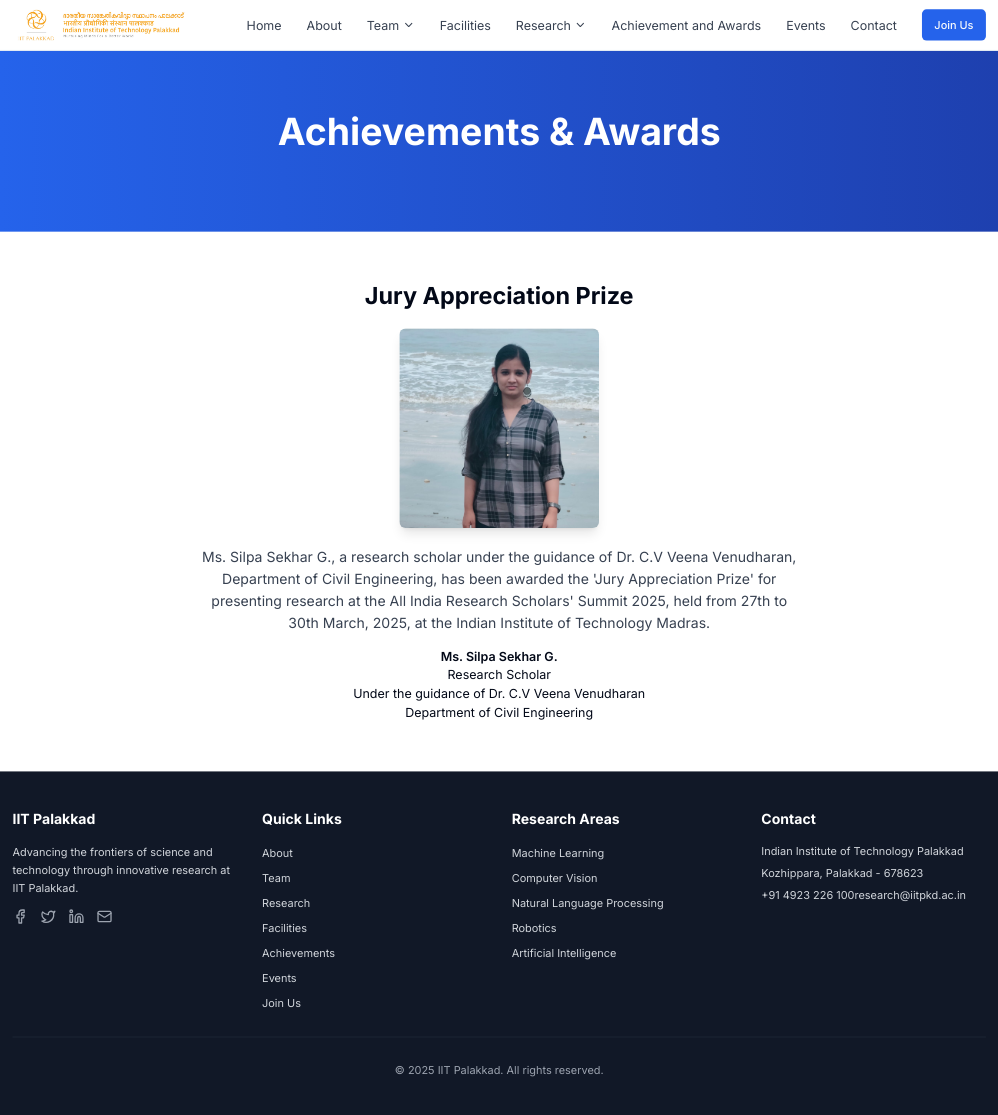
Repository: Gopikrish-30/ARISE
Page: /achievements
These files come from the project's save history. The page is drawn as it stood at one moment and after a run of saves; the edit follows.
The browser window is 1280 px wide. The pictures show the whole page, at 78% of full size.
The project was rebuilt for these pictures with package versions that can differ from the ones it lists, and the page was loaded fresh each time. The framework's server and built-in components were replaced by stand-ins that run in the browser. Also part of the build but not shown: next.config.mjs.

Above is the page before, as saved 2025-06-29 18:34:21.

### app/layout.tsx
import type React from "react"
import type { Metadata } from "next"
import { Inter } from "next/font/google"
import "./globals.css"
import { Navbar } from "@/components/navbar"
import { Footer } from "@/components/footer"

const inter = Inter({ subsets: ["latin"] })

export const metadata: Metadata = {
  title: "IIT Palakkad - Department Showcase",
  description: "Advancing the frontiers of science and technology through innovative research at IIT Palakkad",
}

export default function RootLayout({
  children,
}: {
  children: React.ReactNode
}) {
  return (
    <html lang="en">
      <body className={inter.className}>
        <Navbar />
        <main className="min-h-screen">{children}</main>
        <Footer />
      </body>
    </html>
  )
}

### app/achievements/page.tsx
"use client"

import Image from "next/image"

export default function AchievementsPage() {
  const achievement = {
    title: "Jury Appreciation Prize",
    description: `Ms. Silpa Sekhar G., a research scholar under the guidance of Dr. C.V Veena Venudharan, Department of Civil Engineering, has been awarded the 'Jury Appreciation Prize' for presenting research at the All India Research Scholars' Summit 2025, held from 27th to 30th March, 2025, at the Indian Institute of Technology Madras.`,
    imageSrc: "/Profile Photos/Silpa.jpg",
    imageAlt: "Ms. Silpa Sekhar G.",
  }

  return (
    <div className="bg-white min-h-screen">
      {/* Hero Section */}
      <section className="bg-gradient-to-r from-blue-600 to-blue-800 text-white py-20">
        <div className="container mx-auto px-4 text-center">
          <h1 className="text-4xl md:text-5xl font-bold mb-6">Achievements & Awards</h1>
        </div>
      </section>

      {/* Single Achievement Section */}
      <section className="py-16">
        <div className="container mx-auto px-4 flex flex-col items-center text-center">
          <h2 className="text-3xl font-bold mb-6">{achievement.title}</h2>
          <div className="w-64 h-64 mb-6 relative rounded-lg overflow-hidden shadow-lg">
            <Image
              src={achievement.imageSrc}
              alt={achievement.imageAlt}
              fill
              style={{ objectFit: "cover" }}
              priority
            />
          </div>
          <p className="max-w-3xl text-lg text-gray-700">{achievement.description}</p>
          <p className="mt-4 font-semibold">Ms. Silpa Sekhar G.</p>
          <p>Research Scholar</p>
          <p>Under the guidance of Dr. C.V Veena Venudharan</p>
          <p>Department of Civil Engineering</p>
        </div>
      </section>
    </div>
  )
}

### app/globals.css
@tailwind base;
@tailwind components;
@tailwind utilities;

@layer base {
  :root {
    --background: 0 0% 100%;
    --foreground: 222.2 84% 4.9%;
    --card: 0 0% 100%;
    --card-foreground: 222.2 84% 4.9%;
    --popover: 0 0% 100%;
    --popover-foreground: 222.2 84% 4.9%;
    --primary: 221.2 83.2% 53.3%;
    --primary-foreground: 210 40% 98%;
    --secondary: 210 40% 96%;
    --secondary-foreground: 222.2 84% 4.9%;
    --muted: 210 40% 96%;
    --muted-foreground: 215.4 16.3% 46.9%;
    --accent: 210 40% 96%;
    --accent-foreground: 222.2 84% 4.9%;
    --destructive: 0 84.2% 60.2%;
    --destructive-foreground: 210 40% 98%;
    --border: 214.3 31.8% 91.4%;
    --input: 214.3 31.8% 91.4%;
    --ring: 221.2 83.2% 53.3%;
    --radius: 0.5rem;
  }

  .dark {
    --background: 222.2 84% 4.9%;
    --foreground: 210 40% 98%;
    --card: 222.2 84% 4.9%;
    --card-foreground: 210 40% 98%;
    --popover: 222.2 84% 4.9%;
    --popover-foreground: 210 40% 98%;
    --primary: 217.2 91.2% 59.8%;
    --primary-foreground: 222.2 84% 4.9%;
    --secondary: 217.2 32.6% 17.5%;
    --secondary-foreground: 210 40% 98%;
    --muted: 217.2 32.6% 17.5%;
    --muted-foreground: 215 20.2% 65.1%;
    --accent: 217.2 32.6% 17.5%;
    --accent-foreground: 210 40% 98%;
    --destructive: 0 62.8% 30.6%;
    --destructive-foreground: 210 40% 98%;
    --border: 217.2 32.6% 17.5%;
    --input: 217.2 32.6% 17.5%;
    --ring: 224.3 76.3% 94.1%;
  }
}

@layer base {
  * {
    @apply border-border;
  }
  body {
    @apply bg-background text-foreground;
  }
}

@layer utilities {
  .line-clamp-3 {
    display: -webkit-box;
    -webkit-line-clamp: 3;
    -webkit-box-orient: vertical;
    overflow: hidden;
  }
}

### components/navbar.tsx
"use client"

import { useState } from "react"
import Link from "next/link"
import { Button } from "@/components/ui/button"
import { Menu, X, ChevronDown } from "lucide-react"
import { DropdownMenu, DropdownMenuContent, DropdownMenuItem, DropdownMenuTrigger } from "@/components/ui/dropdown-menu"

export function Navbar() {
  const [isOpen, setIsOpen] = useState(false)

  return (
    <nav className="bg-white shadow-sm border-b sticky top-0 z-50">
      <div className="container mx-auto px-4">
        <div className="flex justify-between items-center h-16">
          {/* Logo */}
          <Link href="/" className="flex items-center space-x-2">
            <img src="/images/logo.jpg" alt="IIT Palakkad Logo" className="w-56 h-56 object-contain" />
            {/* Removed IIT Palakkad text as per request */}
          </Link>

          {/* Desktop Navigation */}
          <div className="hidden md:flex items-center space-x-8">
            <Link href="/" className="text-gray-700 hover:text-blue-600 transition-colors">
              Home
            </Link>
            <Link href="/about" className="text-gray-700 hover:text-blue-600 transition-colors">
              About
            </Link>

            {/* Team Dropdown */}
            <DropdownMenu>
              <DropdownMenuTrigger className="flex items-center text-gray-700 hover:text-blue-600 transition-colors">
                Team <ChevronDown className="ml-1 h-4 w-4" />
              </DropdownMenuTrigger>
              <DropdownMenuContent>
                <DropdownMenuItem asChild>
                  <Link href="/team">All Team</Link>
                </DropdownMenuItem>
                <DropdownMenuItem asChild>
                  <Link href="/team/faculty">Faculty</Link>
                </DropdownMenuItem>
                <DropdownMenuItem asChild>
                  <Link href="/team/scholars">Research Scholars</Link>
                </DropdownMenuItem>
              </DropdownMenuContent>
            </DropdownMenu>

            <Link href="/facilities" className="text-gray-700 hover:text-blue-600 transition-colors">
              Facilities
            </Link>

            {/* Research Dropdown */}
            <DropdownMenu>
              <DropdownMenuTrigger className="flex items-center text-gray-700 hover:text-blue-600 transition-colors">
                Research <ChevronDown className="ml-1 h-4 w-4" />
              </DropdownMenuTrigger>
              <DropdownMenuContent>
                                        <DropdownMenuItem asChild>
                                            <Link href="/research">Publications</Link>
                                        </DropdownMenuItem>
                                        <DropdownMenuItem asChild>
                                            <Link href="/research/programs">Programs</Link>
                                        </DropdownMenuItem>
              </DropdownMenuContent>
            </DropdownMenu>

            <Link href="/achievements" className="text-gray-700 hover:text-blue-600 transition-colors">
              Achievement and Awards
            </Link>
            <Link href="/events" className="text-gray-700 hover:text-blue-600 transition-colors">
              Events
            </Link>
            <Link href="/contact" className="text-gray-700 hover:text-blue-600 transition-colors">
              Contact
            </Link>
            <Button asChild className="bg-blue-600 hover:bg-blue-700">
              <Link href="/join-us">Join Us</Link>
            </Button>
          </div>

          {/* Mobile menu button */}
          <button className="md:hidden" onClick={() => setIsOpen(!isOpen)}>
            {isOpen ? <X className="h-6 w-6" /> : <Menu className="h-6 w-6" />}
          </button>
        </div>

        {/* Mobile Navigation */}
        {isOpen && (
          <div className="md:hidden py-4 border-t">
            <div className="flex flex-col space-y-4">
              <Link href="/" className="text-gray-700 hover:text-blue-600 transition-colors">
                Home
              </Link>
              <Link href="/about" className="text-gray-700 hover:text-blue-600 transition-colors">
                About
              </Link>
              <Link href="/team" className="text-gray-700 hover:text-blue-600 transition-colors">
                Team
              </Link>
              <Link href="/facilities" className="text-gray-700 hover:text-blue-600 transition-colors">
                Facilities
              </Link>
              <Link href="/research" className="text-gray-700 hover:text-blue-600 transition-colors">
                Research
              </Link>
              <Link href="/achievements" className="text-gray-700 hover:text-blue-600 transition-colors">
                Achievement and Awards
              </Link>
              <Link href="/events" className="text-gray-700 hover:text-blue-600 transition-colors">
                Events
              </Link>
              <Link href="/contact" className="text-gray-700 hover:text-blue-600 transition-colors">
                Contact
              </Link>
              <Button asChild className="bg-blue-600 hover:bg-blue-700 w-fit">
                <Link href="/join-us">Join Us</Link>
              </Button>
            </div>
          </div>
        )}
      </div>
    </nav>
  )
}

### components/footer.tsx
"use client"

import Link from "next/link"
import { Facebook, Twitter, Linkedin, Mail } from "lucide-react"

export function Footer() {
  const handleSocialClick = (platform: string) => {
    const socialLinks = {
      facebook: "https://facebook.com/iitpalakkad",
      twitter: "https://twitter.com/iitpalakkad",
      linkedin: "https://linkedin.com/school/iit-palakkad",
      email: "mailto:info@iitpkd.ac.in",
    }

    if (platform === "email") {
      window.location.href = socialLinks.email
    } else {
      window.open(socialLinks[platform], "_blank", "noopener,noreferrer")
    }
  }

  return (
    <footer className="bg-gray-900 text-white">
      <div className="container mx-auto px-4 py-12">
        <div className="grid md:grid-cols-4 gap-8">
          {/* About */}
          <div>
            <h3 className="text-lg font-bold mb-4">IIT Palakkad</h3>
            <p className="text-gray-300 text-sm leading-relaxed mb-4">
              Advancing the frontiers of science and technology through innovative research at IIT Palakkad.
            </p>
            <div className="flex space-x-4">
              <Facebook
                className="w-5 h-5 text-gray-400 hover:text-white cursor-pointer transition-colors"
                onClick={() => handleSocialClick("facebook")}
              />
              <Twitter
                className="w-5 h-5 text-gray-400 hover:text-white cursor-pointer transition-colors"
                onClick={() => handleSocialClick("twitter")}
              />
              <Linkedin
                className="w-5 h-5 text-gray-400 hover:text-white cursor-pointer transition-colors"
                onClick={() => handleSocialClick("linkedin")}
              />
              <Mail
                className="w-5 h-5 text-gray-400 hover:text-white cursor-pointer transition-colors"
                onClick={() => handleSocialClick("email")}
              />
            </div>
          </div>

          {/* Quick Links */}
          <div>
            <h3 className="text-lg font-bold mb-4">Quick Links</h3>
            <ul className="space-y-2">
              <li>
                <Link href="/about" className="text-gray-300 hover:text-white text-sm">
                  About
                </Link>
              </li>
              <li>
                <Link href="/team" className="text-gray-300 hover:text-white text-sm">
                  Team
                </Link>
              </li>
              <li>
                <Link href="/research" className="text-gray-300 hover:text-white text-sm">
                  Research
                </Link>
              </li>
              <li>
                <Link href="/facilities" className="text-gray-300 hover:text-white text-sm">
                  Facilities
                </Link>
              </li>
              <li>
                <Link href="/achievements" className="text-gray-300 hover:text-white text-sm">
                  Achievements
                </Link>
              </li>
              <li>
                <Link href="/events" className="text-gray-300 hover:text-white text-sm">
                  Events
                </Link>
              </li>
              <li>
                <Link href="/join-us" className="text-gray-300 hover:text-white text-sm">
                  Join Us
                </Link>
              </li>
            </ul>
          </div>

          {/* Research Areas */}
          <div>
            <h3 className="text-lg font-bold mb-4">Research Areas</h3>
            <ul className="space-y-2">
              <li>
                <span className="text-gray-300 text-sm">Machine Learning</span>
              </li>
              <li>
                <span className="text-gray-300 text-sm">Computer Vision</span>
              </li>
              <li>
                <span className="text-gray-300 text-sm">Natural Language Processing</span>
              </li>
              <li>
                <span className="text-gray-300 text-sm">Robotics</span>
              </li>
              <li>
                <span className="text-gray-300 text-sm">Artificial Intelligence</span>
              </li>
            </ul>
          </div>

          {/* Contact */}
          <div>
            <h3 className="text-lg font-bold mb-4">Contact</h3>
            <div className="space-y-2 text-sm text-gray-300">
              <p>Indian Institute of Technology Palakkad</p>
              <p>Kozhippara, Palakkad - 678623</p>
              <button
                onClick={() => (window.location.href = "tel:+914923226100")}
                className="hover:text-white transition-colors cursor-pointer"
              >
                +91 4923 226 100
              </button>
              <button
                onClick={() => (window.location.href = "mailto:research@iitpkd.ac.in")}
                className="hover:text-white transition-colors cursor-pointer"
              >
                research@iitpkd.ac.in
              </button>
            </div>
          </div>
        </div>

        <div className="border-t border-gray-800 mt-8 pt-8 text-center">
          <p className="text-gray-400 text-sm">© {new Date().getFullYear()} IIT Palakkad. All rights reserved.</p>
        </div>
      </div>
    </footer>
  )
}

### components/ui/button.tsx
import * as React from "react"
import { Slot } from "@radix-ui/react-slot"
import { cva, type VariantProps } from "class-variance-authority"

import { cn } from "@/lib/utils"

const buttonVariants = cva(
  "inline-flex items-center justify-center gap-2 whitespace-nowrap rounded-md text-sm font-medium ring-offset-background transition-colors focus-visible:outline-none focus-visible:ring-2 focus-visible:ring-ring focus-visible:ring-offset-2 disabled:pointer-events-none disabled:opacity-50 [&_svg]:pointer-events-none [&_svg]:size-4 [&_svg]:shrink-0",
  {
    variants: {
      variant: {
        default: "bg-primary text-primary-foreground hover:bg-primary/90",
        destructive:
          "bg-destructive text-destructive-foreground hover:bg-destructive/90",
        outline:
          "border border-input bg-background hover:bg-accent hover:text-accent-foreground",
        secondary:
          "bg-secondary text-secondary-foreground hover:bg-secondary/80",
        ghost: "hover:bg-accent hover:text-accent-foreground",
        link: "text-primary underline-offset-4 hover:underline",
      },
      size: {
        default: "h-10 px-4 py-2",
        sm: "h-9 rounded-md px-3",
        lg: "h-11 rounded-md px-8",
        icon: "h-10 w-10",
      },
    },
    defaultVariants: {
      variant: "default",
      size: "default",
    },
  }
)

export interface ButtonProps
  extends React.ButtonHTMLAttributes<HTMLButtonElement>,
    VariantProps<typeof buttonVariants> {
  asChild?: boolean
}

const Button = React.forwardRef<HTMLButtonElement, ButtonProps>(
  ({ className, variant, size, asChild = false, ...props }, ref) => {
    const Comp = asChild ? Slot : "button"
    return (
      <Comp
        className={cn(buttonVariants({ variant, size, className }))}
        ref={ref}
        {...props}
      />
    )
  }
)
Button.displayName = "Button"

export { Button, buttonVariants }

Loaded but not shown: lib/utils.ts (common file); tailwind.config.ts (common file); components/ui/dropdown-menu.tsx (200 lines, source omitted)

After the next 13 saves:
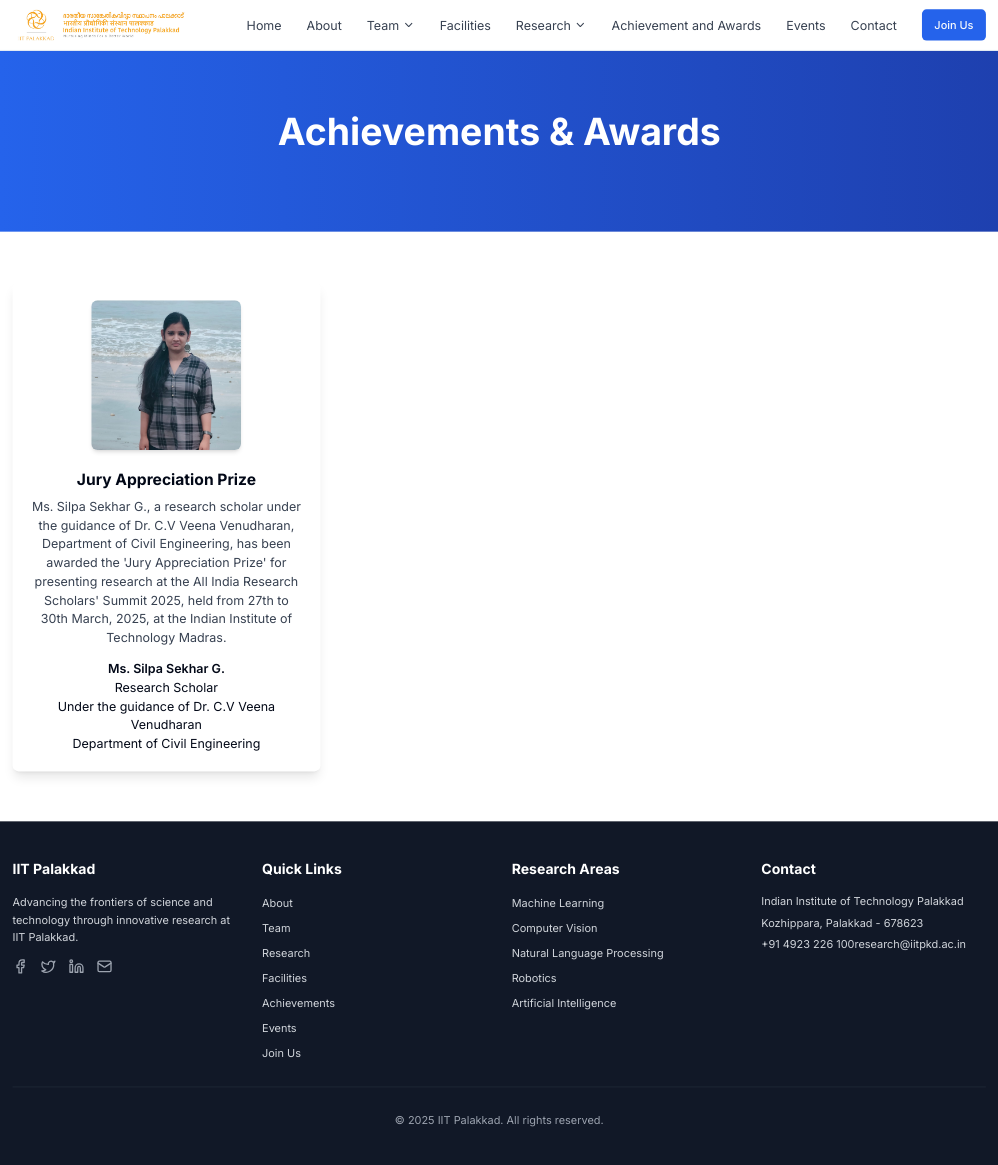
The 13 saves are shown as one change because they came seconds apart.
The last was saved 98 s later.
--- a/app/achievements/page.tsx
+++ b/app/achievements/page.tsx
@@ -2,14 +2,21 @@
 
 import Image from "next/image"
 
-export default function AchievementsPage() {
-  const achievement = {
+const achievements = [
+  {
     title: "Jury Appreciation Prize",
     description: `Ms. Silpa Sekhar G., a research scholar under the guidance of Dr. C.V Veena Venudharan, Department of Civil Engineering, has been awarded the 'Jury Appreciation Prize' for presenting research at the All India Research Scholars' Summit 2025, held from 27th to 30th March, 2025, at the Indian Institute of Technology Madras.`,
     imageSrc: "/Profile Photos/Silpa.jpg",
     imageAlt: "Ms. Silpa Sekhar G.",
-  }
+    personName: "Ms. Silpa Sekhar G.",
+    role: "Research Scholar",
+    guidance: "Under the guidance of Dr. C.V Veena Venudharan",
+    department: "Department of Civil Engineering",
+  },
+  // Add more achievements here as needed
+]
 
+export default function AchievementsPage() {
   return (
     <div className="bg-white min-h-screen">
       {/* Hero Section */}
@@ -19,24 +26,31 @@
         </div>
       </section>
 
-      {/* Single Achievement Section */}
+      {/* Achievements Grid Section */}
       <section className="py-16">
-        <div className="container mx-auto px-4 flex flex-col items-center text-center">
-          <h2 className="text-3xl font-bold mb-6">{achievement.title}</h2>
-          <div className="w-64 h-64 mb-6 relative rounded-lg overflow-hidden shadow-lg">
-            <Image
-              src={achievement.imageSrc}
-              alt={achievement.imageAlt}
-              fill
-              style={{ objectFit: "cover" }}
-              priority
-            />
-          </div>
-          <p className="max-w-3xl text-lg text-gray-700">{achievement.description}</p>
-          <p className="mt-4 font-semibold">Ms. Silpa Sekhar G.</p>
-          <p>Research Scholar</p>
-          <p>Under the guidance of Dr. C.V Veena Venudharan</p>
-          <p>Department of Civil Engineering</p>
+        <div className="container mx-auto px-4 grid md:grid-cols-2 lg:grid-cols-3 gap-8">
+          {achievements.map((achievement, index) => (
+            <div
+              key={index}
+              className="bg-white rounded-lg shadow-lg overflow-hidden flex flex-col items-center text-center p-6"
+            >
+              <div className="w-48 h-48 relative rounded-lg overflow-hidden mb-6 shadow-md">
+                <Image
+                  src={achievement.imageSrc}
+                  alt={achievement.imageAlt}
+                  fill
+                  style={{ objectFit: "cover" }}
+                  priority
+                />
+              </div>
+              <h2 className="text-xl font-bold mb-2">{achievement.title}</h2>
+              <p className="text-gray-700 mb-4">{achievement.description}</p>
+              <p className="font-semibold">{achievement.personName}</p>
+              <p>{achievement.role}</p>
+              <p>{achievement.guidance}</p>
+              <p>{achievement.department}</p>
+            </div>
+          ))}
         </div>
       </section>
     </div>
